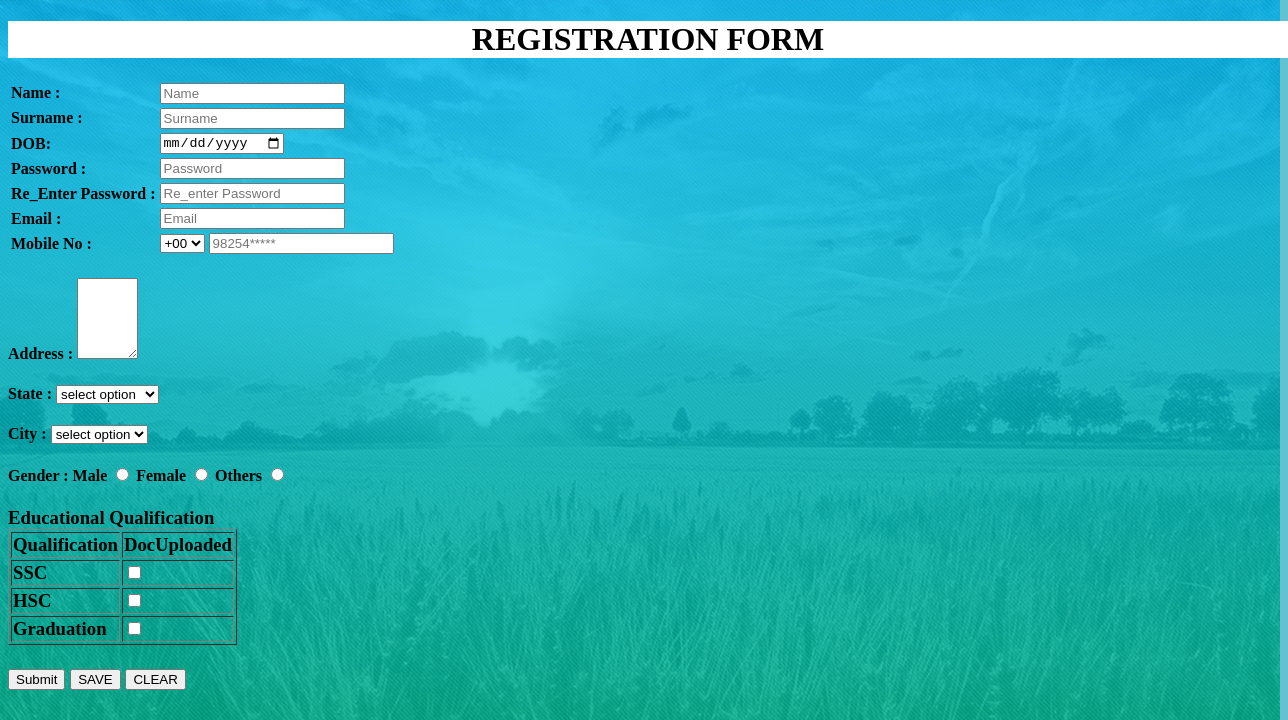
Repository: AJEET006/AdvanceJava-DSA
Page: ADVANCE_JAVA/HW_Example/WebContent/RegistrationForm.html
The author's editor kept a copy of each file at every save. The page is drawn from the files as they stood at one save, then again after the next save.
The browser window is 1280 px wide. The page is 1288 px wide, so the pictures cover 1288 px, including what lies to the right of the window. The pictures show the whole page.

Above is the page before, as saved 2022-06-21 19:35:16.

After the next save:
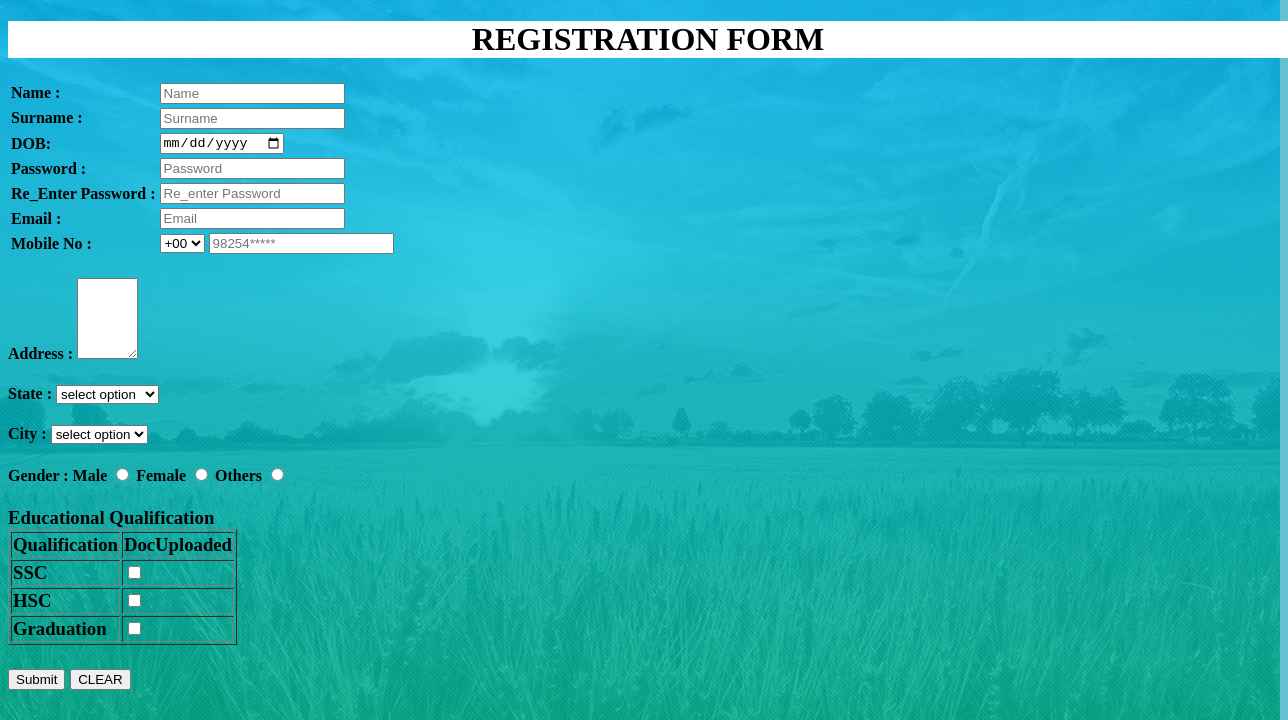
Saved 24 s later.
--- a/ADVANCE_JAVA/HW_Example/WebContent/RegistrationForm.html
+++ b/ADVANCE_JAVA/HW_Example/WebContent/RegistrationForm.html
@@ -115,8 +115,9 @@
 					<td><input type="checkbox" name="Graduation"></td>
 				</tr>
 			</table>
-			<br /> <input type="submit" value="Submit" name=""> <input type="button"
-				value="SAVE"> <input type="button" value="CLEAR">
+			<br /> <input type="submit" value="Submit" name="">
+
+				 <input type="button" value="CLEAR">
 
 		</h3>
 
